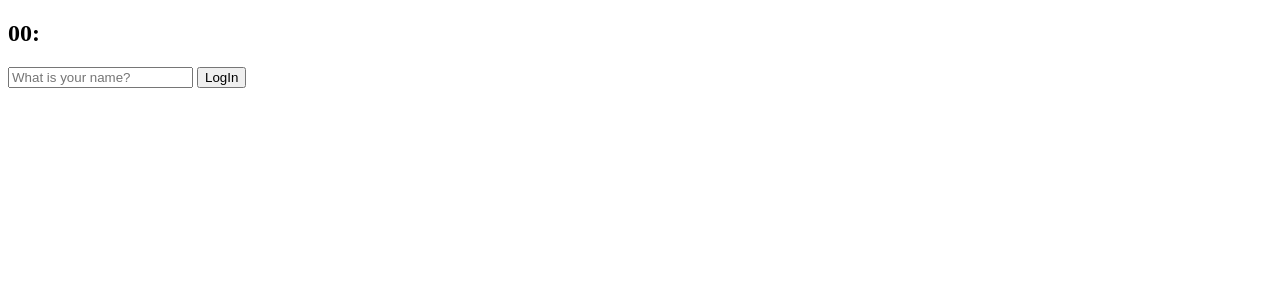
Repository: eunsuneun/js-momentum
Page: index.html
The author's editor kept a copy of each file at every save. The page is drawn from the files as they stood at one save, then again after the next save.
The browser window is 1280 px wide. The pictures show the whole page.

Above is the page before, as saved 2021-09-01 16:03:39.

After the next save:
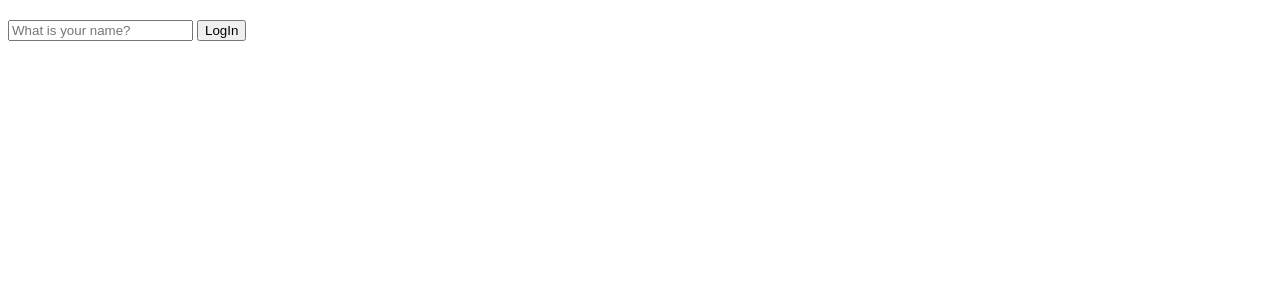
Saved 35 s later.
--- a/index.html
+++ b/index.html
@@ -9,7 +9,7 @@
   <script src="./js/clock.js"></script>
   <title>Momentum</title>
 </head>
-<h2 class="clock"><span class="hour">00</span>:<span class="minutes"></span></h2>
+<h2 class="clock"></h2>
 <form class="login-form hidden">
   <input type="text" placeholder="What is your name?">
   <button>LogIn</button>
